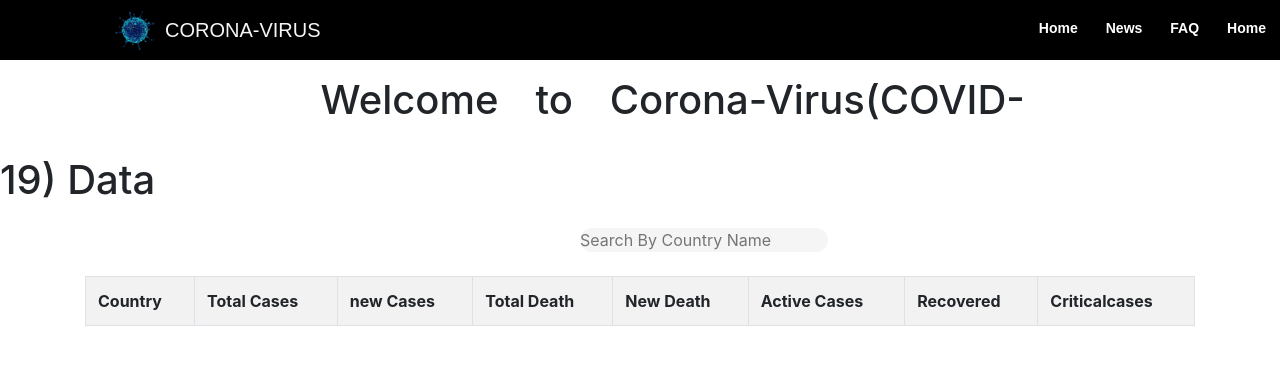
Repository: xthashankar/COVID-19-data-
Page: index.html
An editor plug-in stored every save of this project. The page is shown before and after the next save, followed by the edit.
The browser window is 1280 px wide. The pictures show the whole page.
The page's requests for data from a server got no answer.

Above is the page before, as saved 2020-04-16 13:10:52.

After the next save:
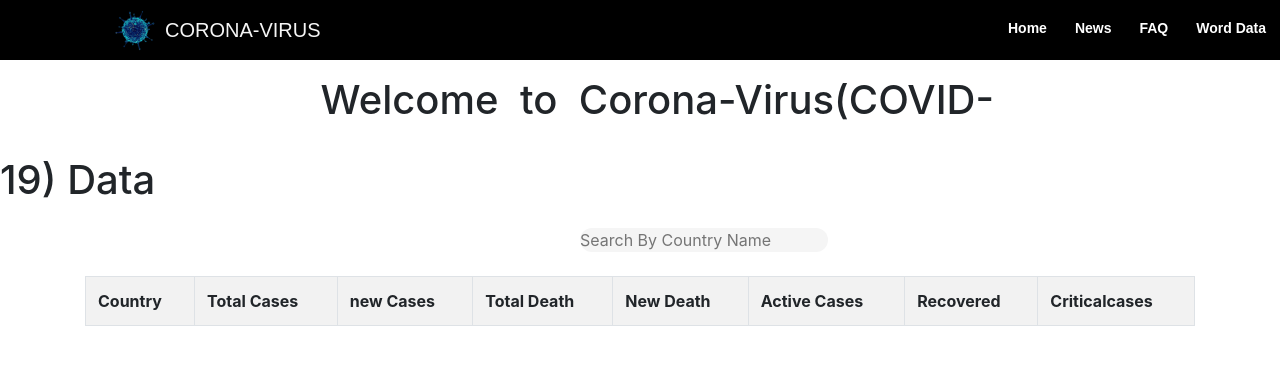
Saved 52 s later.
--- a/index.html
+++ b/index.html
@@ -19,7 +19,7 @@
             <h5>CORONA-VIRUS</h5>
         </a>
         <ul>
-            <li><a href="#"><b>Home</b></a></li>
+            <li><a href="#"><b>Word Data</b></a></li>
             <li><a href="#"><b>FAQ</b></a>
                 <ul>
                     <li><a href= "">Nepali</a></li>
